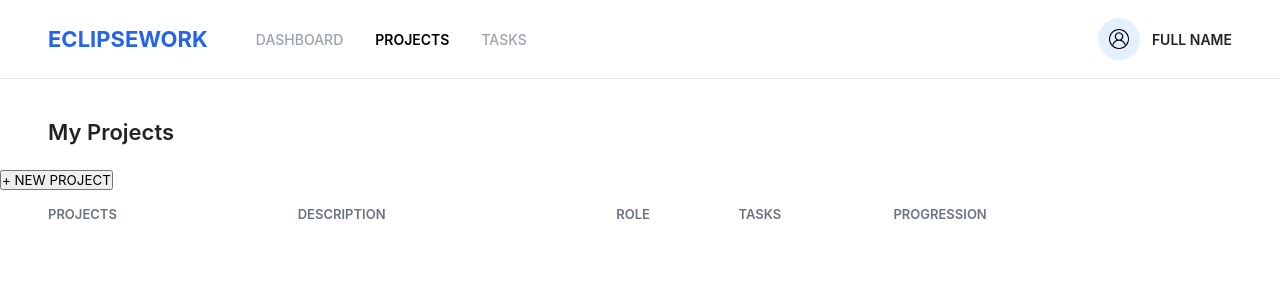
Repository: lynaannou/work-management-app
Page: src/main/resources/ressources/view/projects.html
These files come from the project's save history. The page is drawn as it stood at one moment and after the next save; the edit follows.
The browser window is 1280 px wide. The pictures show the whole page.

Above is the page before, as saved 2025-12-24 22:15:00.

After the next save:
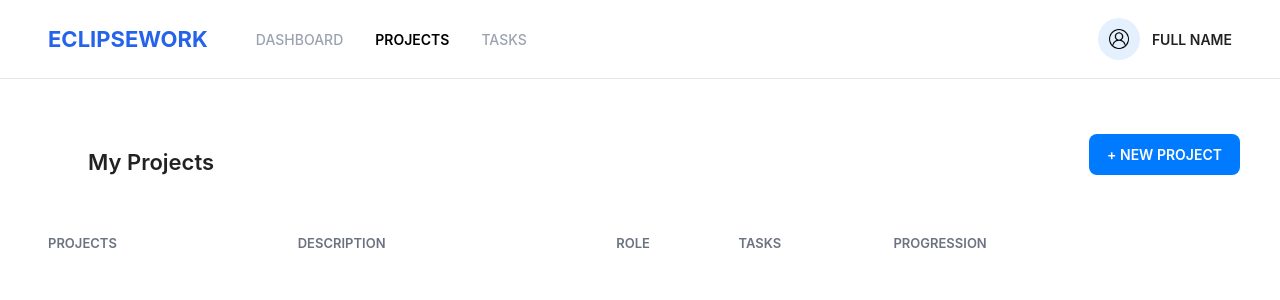
Saved 30 s later.
--- a/src/main/resources/ressources/view/projects.css
+++ b/src/main/resources/ressources/view/projects.css
@@ -193,3 +193,24 @@ h2 {
 .col-right {
   text-align: right;
 }
+.page-header {
+  display: flex;
+  align-items: center;
+  justify-content: space-between;
+  margin: 30px 40px 20px;
+}
+
+.btn-primary {
+  background-color: #007bff;
+  color: #fff;
+  border: none;
+  padding: 12px 18px;
+  font-size: 14px;
+  font-weight: 600;
+  border-radius: 8px;
+  cursor: pointer;
+}
+
+.btn-primary:hover {
+  background-color: #005fd1;
+}
